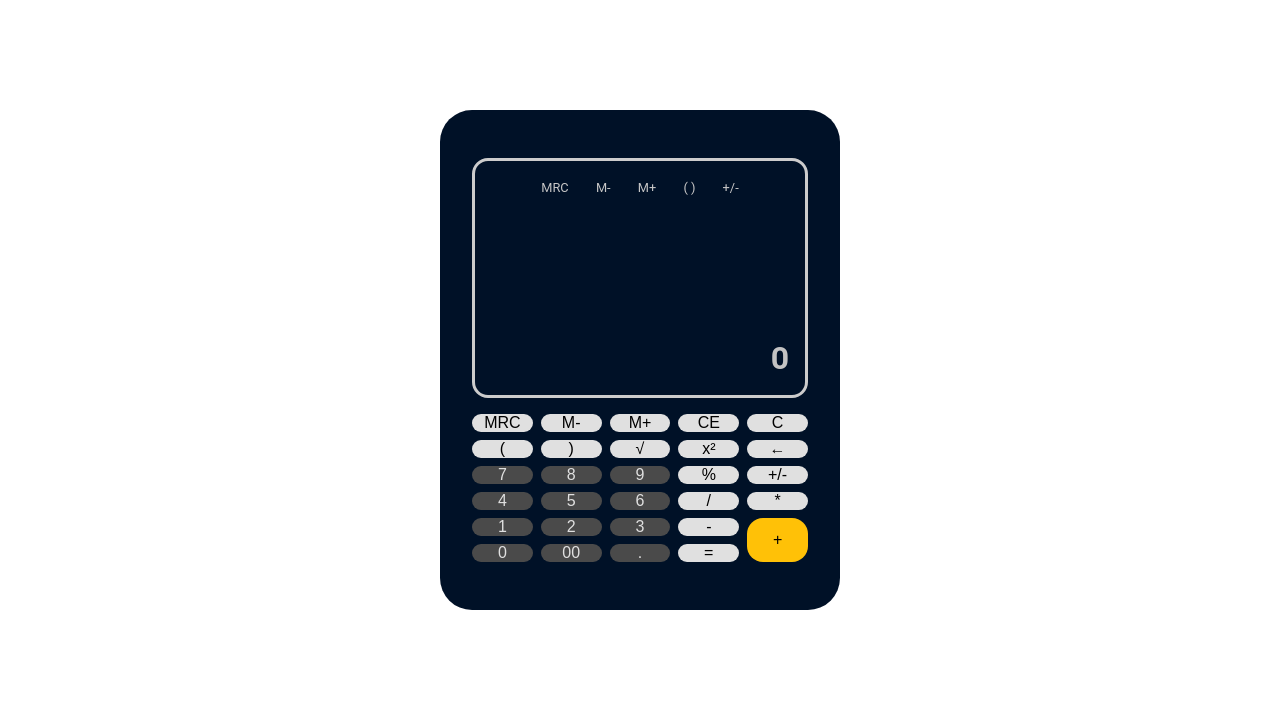
Repository: Denis793/CalculatorNew
Page: index.html
An editor plug-in stored every save of this project. The page is shown before and after the next save, followed by the edit.
The browser window is 1280 px wide. The pictures show the whole page.
The style sheet was rebuilt from its Sass, Less or Tailwind sources for each picture, by a compiler version that may differ from the author's.

Above is the page before, as saved 2025-05-17 19:27:37.

### index.html
<!DOCTYPE html>
<html lang="en">
  <head>
    <meta charset="UTF-8" />
    <meta name="viewport" content="width=device-width, initial-scale=1.0" />
    <title>Calculator</title>
    <link rel="stylesheet" href="./app/style/css/main.css" />
  </head>
  <body>
    <div class="calculatorContainer">
      <div class="display">
        <div class="indicators">
          <span class="indicator" data-key="MRC">MRC</span>
          <span class="indicator" data-key="M-">M-</span>
          <span class="indicator" data-key="M+">M+</span>
          <span class="indicator" data-key="()">( )</span>
          <span class="indicator" data-key="+/-">+/-</span>
        </div>

        <ul id="historyList"></ul>

        <div class="previous"></div>
        <div class="current"></div>
      </div>

      <div class="keypad">
        <div class="memoryBtn">
          <button class="button">MRC</button>
          <button class="button">M-</button>
          <button class="button">M+</button>
        </div>

        <div class="cleanBtn">
          <button class="button">CE</button>
          <button class="button ac">C</button>
        </div>

        <div class="buttonFirst">
          <button class="button">(</button>
          <button class="button">)</button>
          <button class="button">√</button>
          <button class="button">x²</button>
          <button class="button">←</button>
        </div>

        <div class="numbersBtn">
          <button class="button">7</button>
          <button class="button">8</button>
          <button class="button">9</button>

          <button class="button">4</button>
          <button class="button">5</button>
          <button class="button">6</button>

          <button class="button">1</button>
          <button class="button">2</button>
          <button class="button">3</button>

          <button class="button">0</button>
          <button class="button">00</button>
          <button class="button">.</button>
        </div>

        <div class="operationsBtn">
          <button class="button">%</button>
          <button class="button">+/-</button>
          <button class="button">/</button>
          <button class="button">*</button>
          <button class="button">-</button>
          <button class="button plus">+</button>
          <button class="button">=</button>
        </div>
      </div>
    </div>
    <script type="module" src="./app/js/main.js"></script>
  </body>
</html>

### app/js/main.js
import { initializeCalculator } from './state.js';
import './memory.js';
import './operations.js';
import './equals.js';
import './formatter.js';
import './history.js';
import './inputHandler.js';

initializeCalculator();

### app/js/state.js
import { handleMemory } from './memory.js';
import { handleOperations } from './operations.js';
import { handleEquals } from './equals.js';
import { handleInput } from './inputHandler.js';

export const state = {
  expression: '',
  memory: 0,
  memoryLog: [],
  memoryActive: false,

  finish: false,
  lastOperator: '',
  lastOperand: '',
  history: [],
  MAX_LENGTH: 12,
  displayPrev: document.querySelector('.previous'),
  displayCurr: document.querySelector('.current'),
  buttons: document.querySelector('.keypad'),
  historyList: document.getElementById('historyList'),
  lastFunction: '',
  parenthesesCount: 0,
};

export function clearAll() {
  state.expression = '';
  state.finish = false;
  state.lastOperator = '';
  state.lastOperand = '';
  state.lastFunction = '';
  state.parenthesesCount = 0;
  state.displayCurr.textContent = '0';
  state.displayPrev.textContent = '';
  state.historyList.innerHTML = '';
  state.history = [];
  state.memoryActive = false;

  document.querySelectorAll('.button').forEach((btn) => btn.classList.remove('active-operator'));
  document.querySelectorAll('.indicator').forEach((i) => i.classList.remove('active'));
}

export function initializeCalculator() {
  clearAll();

  document.querySelector('.ac').addEventListener('click', clearAll);

  state.buttons.addEventListener('click', (e) => {
    const btn = e.target;
    if (!btn.classList.contains('button')) return;

    const key = btn.textContent;

    const specialKeys = ['MRC', 'M-', 'M+', '+/-', '√'];
    if (specialKeys.includes(key)) {
      document.querySelectorAll('.indicator').forEach((i) => {
        const keep = i.dataset.key === '()' && state.parenthesesCount > 0;
        if (!keep) i.classList.remove('active');
      });
      const indicator = document.querySelector(`.indicator[data-key="${key}"]`);
      if (indicator) indicator.classList.add('active');
    }

    if (handleMemory(key)) return;
    if (handleOperations(key)) return;
    if (handleEquals(key)) return;
    if (handleInput(key)) return;
  });
}

### app/js/memory.js
import { state } from './state.js';
import { formatExpression } from './formatter.js';

export function handleMemory(key) {
  if (!state.memoryLog) state.memoryLog = [];

  if (key === 'MRC') {
    const indicator = document.querySelector('.indicator[data-key="MRC"]');
    if (state.memoryActive) {
      state.memoryActive = false;
      if (indicator) indicator.classList.remove('active');
    } else {
      state.displayCurr.textContent = formatExpression(state.memory.toString());
      state.expression = state.memory.toString();
      state.finish = false;
      state.memoryActive = true;
      if (indicator) indicator.classList.add('active');
    }
    return true;
  }

  if (key === 'M+') {
    const value = parseFloat(state.displayCurr.textContent.replace(/\s/g, '')) || 0;
    state.memory += value;
    state.memoryLog.push(`+${value}`);
    if (state.memoryLog.length > 5) state.memoryLog.shift();
    state.memoryActive = true;
    const indicator = document.querySelector('.indicator[data-key="MRC"]');
    if (indicator) indicator.classList.add('active');
    return true;
  }

  if (key === 'M-') {
    const value = parseFloat(state.displayCurr.textContent.replace(/\s/g, '')) || 0;
    state.memory -= value;
    state.memoryLog.push(`-${value}`);
    if (state.memoryLog.length > 5) state.memoryLog.shift();
    state.memoryActive = true;
    const indicator = document.querySelector('.indicator[data-key="MRC"]');
    if (indicator) indicator.classList.add('active');
    return true;
  }

  return false;
}

### app/js/operations.js
import { state, clearAll } from './state.js';
import { formatExpression } from './formatter.js';

export function handleOperations(key) {
  if (key === '+/-') {
    if (state.displayCurr.textContent === '0') return true;
    if (state.finish) {
      state.expression = (-parseFloat(state.displayCurr.textContent.replace(/\s/g, ''))).toString();
      state.finish = false;
    } else {
      const match = state.expression.match(/(-?\d+\.?\d*)$/);
      if (match) {
        const num = match[0];
        const inverted = (-parseFloat(num)).toString();
        state.expression = state.expression.slice(0, -num.length) + inverted;
      } else {
        state.expression = '-' + state.expression;
      }
    }
    state.displayCurr.textContent = formatExpression(state.expression);
    return true;
  }

  if (key === '←') {
    if (state.finish) return true;
    state.expression = state.expression.slice(0, -1);
    state.displayCurr.textContent = formatExpression(state.expression) || '0';
    return true;
  }

  if (key === '%') {
    state.expression += '/100';
    state.displayCurr.textContent = formatExpression(state.expression);
    return true;
  }

  if (key === '√') {
    if (state.expression === '') return true;
    const original = state.expression;
    const result = Math.sqrt(eval(original));
    const visible = `√${original}`;
    state.expression = result.toString();
    state.displayCurr.textContent = formatExpression(state.expression);
    state.displayPrev.textContent = visible;
    state.lastFunction = 'sqrt';
    state.lastOperator = '';
    state.lastOperand = '';
    state.finish = true;
    const indicator = document.querySelector(`.indicator[data-key="√"]`);
    if (indicator) indicator.classList.add('active');
    return true;
  }

  if (key === '(') {
    const lastChar = state.expression.slice(-1);
    if (/\d|\)/.test(lastChar)) return true;

    if (state.finish) {
      state.expression = '';
      state.finish = false;
    }

    state.expression += key;
    state.displayCurr.textContent = formatExpression(state.expression);
    state.parenthesesCount++;

    const indicator = document.querySelector('.indicator[data-key="()"]');
    if (indicator) indicator.classList.add('active');

    return true;
  }

  if (key === ')') {
    if (state.finish) {
      state.expression = '';
      state.finish = false;
    }
    state.expression += key;
    state.displayCurr.textContent = formatExpression(state.expression);
    if (state.parenthesesCount > 0) {
      state.parenthesesCount--;
      if (state.parenthesesCount === 0) {
        const indicator = document.querySelector(`.indicator[data-key="()"]`);
        if (indicator) indicator.classList.remove('active');
      }
    }
    return true;
  }

  if (key === 'x²') {
    const value = eval(state.expression || '0');
    const result = value ** 2;
    const visible = `${value}²`;
    state.expression = result.toString();
    state.displayCurr.textContent = formatExpression(state.expression);
    state.displayPrev.textContent = visible;
    state.lastFunction = 'square';
    state.lastOperator = '';
    state.lastOperand = '';
    state.finish = true;
    return true;
  }

  if (key === 'CE') {
    const match = state.expression.match(/.*?(?:[+\-*/(]|^)([\d.]+)$/);
    if (match) {
      state.expression = state.expression.slice(0, -match[1].length);
    } else {
      state.expression = '';
    }
    state.lastFunction = '';
    state.displayCurr.textContent = formatExpression(state.expression) || '0';
    document.querySelectorAll('.indicator').forEach((i) => i.classList.remove('active'));
    return true;
  }

  if (key === 'C') {
    clearAll();
    return true;
  }

  return false;
}

### app/js/equals.js
import { state } from './state.js';
import { formatExpression } from './formatter.js';
import { addToHistory } from './history.js';

export function handleEquals(key) {
  if (key !== '=') return false;

  try {
    const open = (state.expression.match(/\(/g) || []).length;
    const close = (state.expression.match(/\)/g) || []).length;
    if (open !== close) return true;

    if (!state.finish) {
      const result = eval(state.expression);
      const match = state.expression.match(/(.+)([+\-*/])\s*(-?\d+\.?\d*)$/);

      if (match) {
        state.lastOperator = match[2];
        state.lastOperand = match[3];
      } else {
        state.lastOperator = '';
        state.lastOperand = '';
      }

      const visible = state.displayPrev.textContent || state.expression;

      state.displayCurr.textContent = formatExpression(result.toString());
      state.expression = result.toString();
      state.finish = true;
      state.displayPrev.textContent = '';

      const containsOperator = /[+\-*/()]|Math\.sqrt|%/.test(visible);
      const isSame = visible.replace(/\s/g, '') === result.toString();

      if (containsOperator && !isSame) {
        addToHistory(`${visible} = ${result}`);
      }
    } else if (state.lastFunction === 'sqrt' && state.finish) {
      const value = parseFloat(state.expression);
      const result = Math.sqrt(value);
      const visible = `√${value}`;
      state.displayCurr.textContent = formatExpression(result.toString());
      state.expression = result.toString();
      state.displayPrev.textContent = visible;
      addToHistory(`${visible} = ${result}`);
      return true;
    } else if (state.lastOperator && state.lastOperand) {
      state.expression = `${state.expression}${state.lastOperator}${state.lastOperand}`;
      const result = eval(state.expression);
      state.displayCurr.textContent = formatExpression(result.toString());
      state.expression = result.toString();
      addToHistory(`${state.expression} = ${result}`);
    }
  } catch {
    return true;
  }

  return true;
}

### app/js/formatter.js
export function formatExpression(expression) {
  return expression.replace(/\d+/g, (match) => {
    return Number(match).toLocaleString('en-US').replace(/,/g, ' ');
  });
}

### app/js/history.js
import { state } from './state.js';

export function addToHistory(item) {
  state.history.push(item);
  if (state.history.length > 3) state.history.shift();

  state.historyList.innerHTML = '';
  state.history.forEach((entry) => {
    const li = document.createElement('li');
    li.textContent = entry;
    state.historyList.appendChild(li);
  });
}

### app/js/inputHandler.js
import { state } from './state.js';
import { formatExpression } from './formatter.js';

export function handleInput(key) {
  const allowed = ['0', '1', '2', '3', '4', '5', '6', '7', '8', '9', '.', '+', '-', '*', '/', '00'];
  if (!allowed.includes(key)) return false;

  if (state.finish) {
    if (!isNaN(key) || key === '(') state.expression = '';
    state.finish = false;
  }

  const digitsOnly = state.expression.replace(/\D/g, '');
  if (digitsOnly.length >= state.MAX_LENGTH) return true;

  if (state.displayCurr.textContent === '0' && !isNaN(key)) {
    state.expression = key;
  } else {
    state.expression += key;
  }

  state.displayCurr.textContent = formatExpression(state.expression);
  return true;
}

### app/style/scss/main.scss
@use 'reset' as *;
@use 'variables' as *;

.calculatorContainer {
  max-width: 400px;
  width: 100%;
  padding: 3rem 2rem;
  height: auto;
  background: #001127;
  border-radius: 2rem;
}

.display {
  background: #001127;
  padding: 1rem;
  border: 3px solid #ccc;
  display: flex;
  flex-direction: column;
  justify-content: space-between;
  gap: 0.5rem;
  height: 15rem;
  text-align: right;
  border-radius: 1rem;
}

.indicators {
  display: flex;
  flex-wrap: wrap;
  gap: 0.5rem;
  justify-content: center;
  font-size: 0.85rem;
  color: #c7c7c7;
}

.indicator {
  padding: 0.2rem 0.6rem;
  font-size: 0.8rem;
  border-radius: 4px;
  border: none;
}

.indicator.active {
  color: rgb(255, 255, 255);
  font-weight: bold;
}

#historyList {
  font-size: 0.8rem;
  list-style: none;
  padding: 0;
  margin: 0;
  color: #c5c5c5;
}

.previous {
  font-size: 0.9rem;
  color: #888;
  height: 1rem;
}

.current {
  font-size: 2rem;
  font-weight: bold;
  min-height: 2.5rem;
  color: #c3c3c3;
}

.keypad {
  display: grid;
  grid-template-areas:
    'memoryBtn cleanBtn'
    'buttonFirst buttonFirst'
    'numbersBtn operationsBtn';
  grid-template-columns: 3fr 2fr;
  gap: 0.5rem;
  margin-top: 1rem;
}

.memoryBtn {
  grid-area: memoryBtn;
  display: grid;
  grid-template-columns: repeat(3, 1fr);
  gap: 0.5rem;
}

.cleanBtn {
  grid-area: cleanBtn;
  display: grid;
  grid-template-columns: repeat(2, 1fr);
  gap: 0.5rem;
}

.buttonFirst {
  grid-area: buttonFirst;
  display: grid;
  grid-template-columns: repeat(5, 1fr);
  gap: 0.5rem;
}

.numbersBtn {
  grid-area: numbersBtn;
  display: grid;
  grid-template-columns: repeat(3, 1fr);
  gap: 0.5rem;
}

.numbersBtn button {
  background: #4a4a4a;
  color: #e0e0e0;
  &:hover {
    background: #6c6c6c;
  }
}

.operationsBtn {
  grid-area: operationsBtn;
  display: grid;
  grid-template-columns: repeat(2, 1fr);
  gap: 0.5rem;
}

.button {
  width: 3.8rem;
  // padding: 1rem;
  background: #e0e0e0;
  border: none;
  border-radius: 1rem;
  font-size: 1rem;
  cursor: pointer;
  transition: background 0.2s ease;
}

.button:hover {
  background: #ababab;
}

.button.plus {
  grid-row: span 2;
  background-color: #ffc107;
}

### app/style/scss/_reset.scss
* {
  margin: 0;
  padding: 0;
  box-sizing: border-box;
}

body {
  font-family: 'Roboto', sans-serif;
  font-size: 10px;
  height: 100vh;
  display: flex;
  justify-content: center;
  align-items: center;
}

li {
  list-style: none;
}

### app/style/scss/_variables.scss
:root {
  --memoryBtn: #000;
}

After the next save:
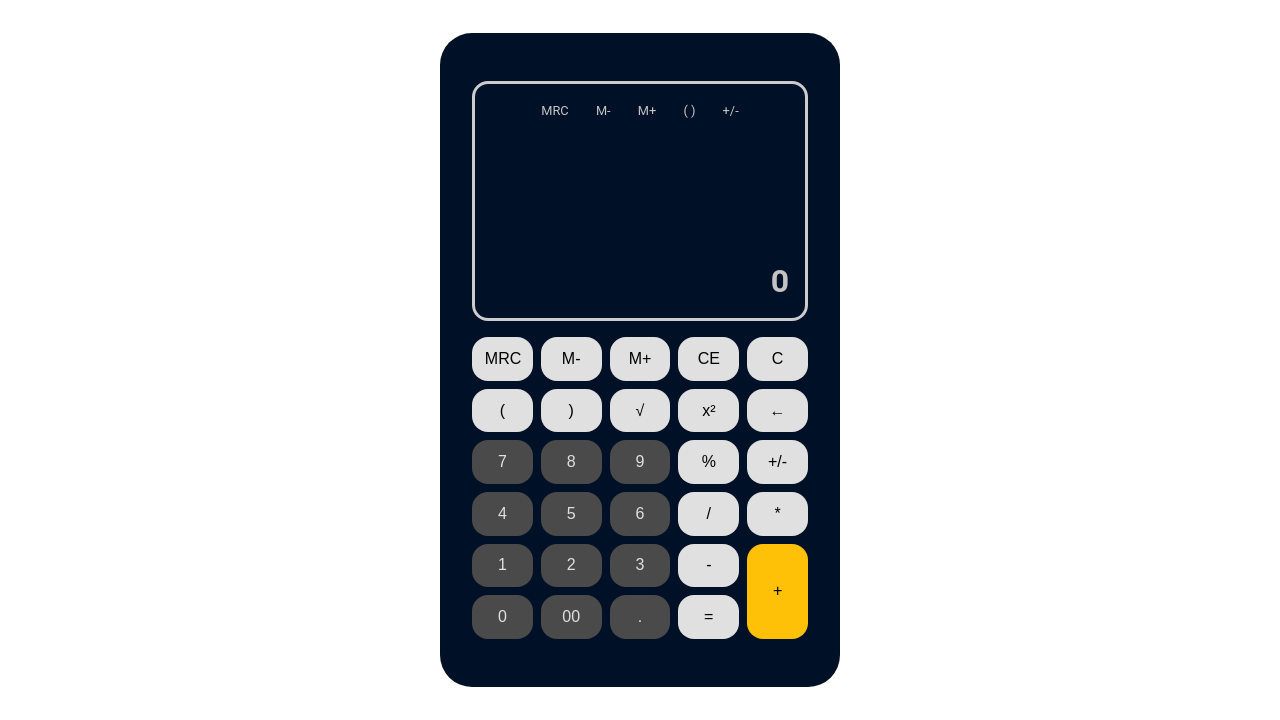
Saved 16 s later.
--- a/app/style/scss/main.scss
+++ b/app/style/scss/main.scss
@@ -121,7 +121,7 @@
 
 .button {
   width: 3.8rem;
-  // padding: 1rem;
+  padding: 0.8rem;
   background: #e0e0e0;
   border: none;
   border-radius: 1rem;
